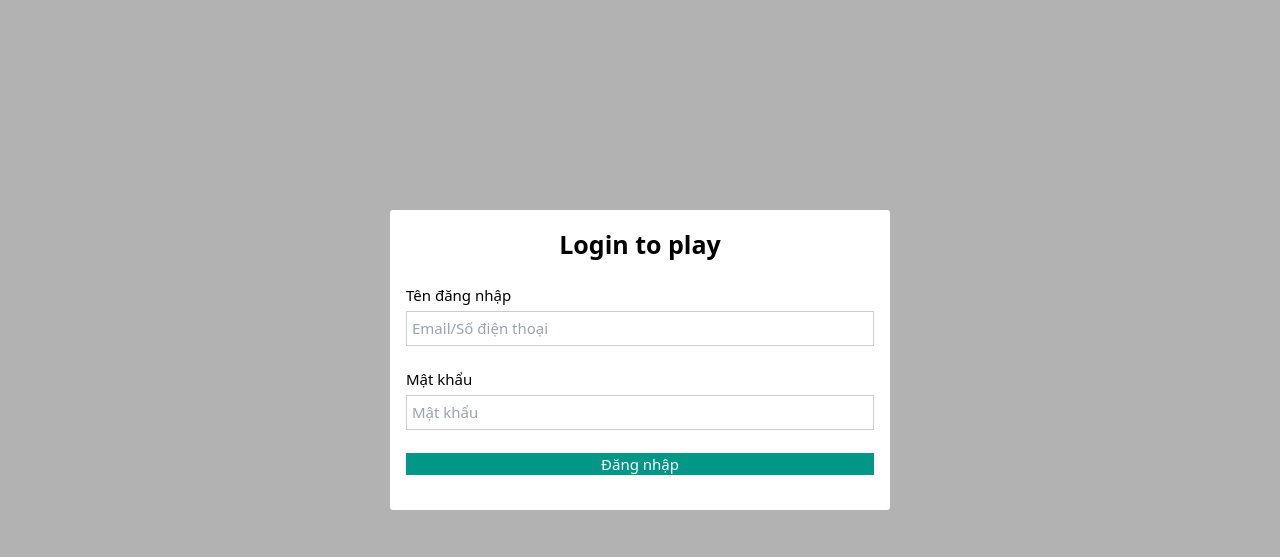
Repository: Teddy1705/demo_pj
Page: /
These files come from the project's save history. The page is drawn as it stood at one moment and after the next save; the edit follows.
The browser window is 1280 px wide. The pictures show the whole page.
The project was rebuilt for these pictures with package versions that can differ from the ones it lists, and the page was loaded fresh each time. Also part of the build but not shown: vite.config.js.

Above is the page before, as saved 2024-04-16 10:03:10.

After the next save:
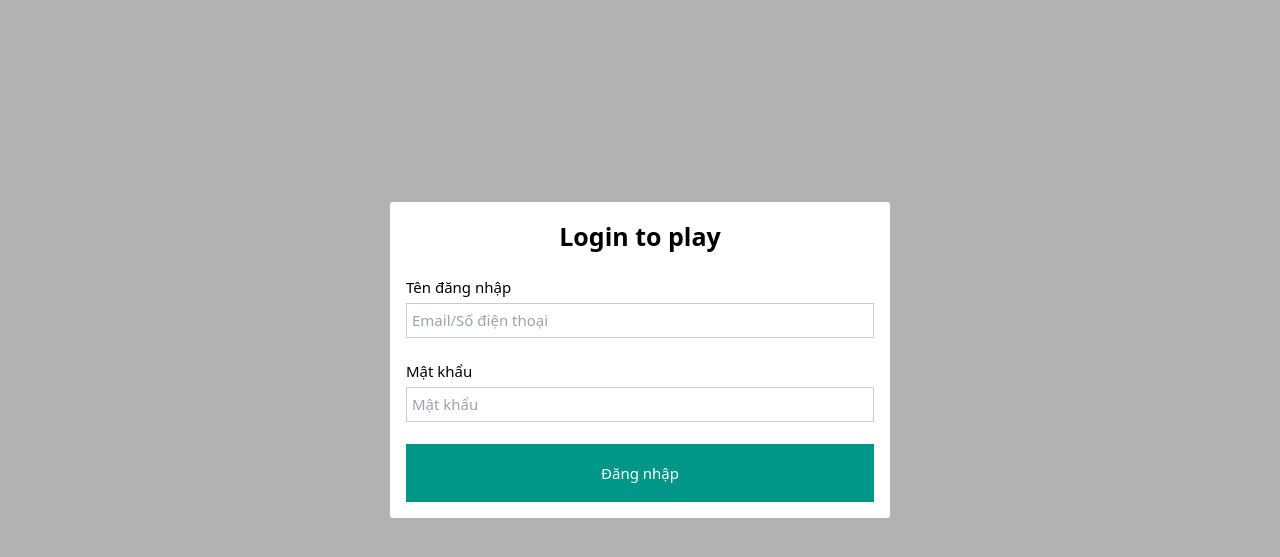
Saved 15 s later.
--- a/src/index.css
+++ b/src/index.css
@@ -623,4 +623,5 @@ video {
   background-color: #009688;
   color: #fff;
   font-size: 15px;
-}
+  padding: 18px;
+}
